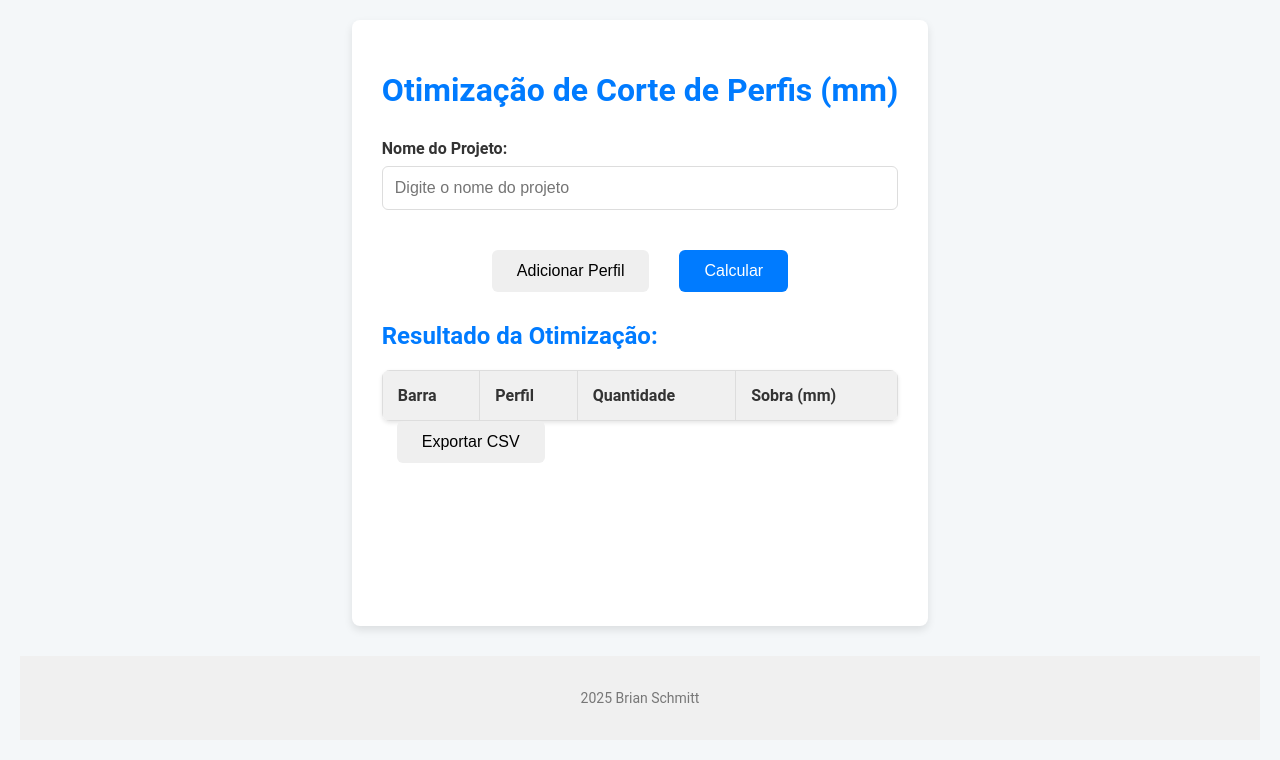
Repository: brianbebop/aqui
Page: index.html
The author's editor kept a copy of each file at every save. The page is drawn from the files as they stood at one save, then again after a run of saves.
The browser window is 1280 px wide. The pictures show the whole page.

Above is the page before, as saved 2025-03-23 16:56:47.

### index.html
<!DOCTYPE html>
<html lang="pt-br">
<head>
    <title>Otimização de Corte de Perfis (mm)</title>
    <meta charset="UTF-8">
    <meta name="viewport" content="width=device-width, initial-scale=1.0">
    <link rel="stylesheet" href="style.css">
</head>
<body>
    <div class="container">
        <h1 class="page-title">Otimização de Corte de Perfis (mm)</h1>
        <div class="project-info">
            <label for="nomeProjeto" class="form-label">Nome do Projeto:</label>
            <input type="text" id="nomeProjeto" class="form-input" placeholder="Digite o nome do projeto">
        </div>
        <div id="perfis" class="perfis-container">
            <!-- Perfis serão adicionados dinamicamente aqui -->
        </div>
        <div class="button-container">
            <button id="adicionarPerfil" class="btn btn-add-perfil">Adicionar Perfil</button>
            <button id="calcular" class="btn btn-calculate">Calcular</button>
        </div>
        <div id="resultado" class="result-container">
            <h2 class="result-title">Resultado da Otimização:</h2>
            <table id="resumoBarras" class="result-table">
                <thead>
                    <tr>
                        <th class="table-header">Barra</th>
                        <th class="table-header">Perfil</th>
                        <th class="table-header">Quantidade</th>
                        <th class="table-header">Sobra (mm)</th>
                    </tr>
                </thead>
                <tbody>
                    <!-- Resultados serão inseridos aqui dinamicamente -->
                </tbody>
            </table>
            <button id="exportarCSV" class="btn btn-export">Exportar CSV</button>
        </div>
    </div>

    <footer class="footer">
        <p>2025 Brian Schmitt</p>
    </footer>

    <script src="script.js"></script>
</body>
</html>

### style.css
:root {
    --primary-color: #007bff;
    --background-color: #f4f4f4;
    --text-color: #333;
    --border-color: #ddd;
}
/* Estilos gerais */
body {
    font-family: 'Roboto', sans-serif;
    margin: 0;
    padding: 20px;
    background-color: #f4f7f9;
    color: #333;
    display: flex;
    flex-direction: column;
    min-height: 100vh;
    margin: 0;
}

.container {
    max-width: 800px;
    margin: 0 auto;
    background-color: white;
    padding: 30px;
    border-radius: 8px;
    box-shadow: 0 4px 8px rgba(0, 0, 0, 0.1);
    flex-grow: 1;
}

.page-title {
    text-align: center;
    color: #007bff;
    margin-bottom: 30px;
}

.project-info {
    margin-bottom: 25px;
}

.form-label {
    display: block;
    margin-bottom: 8px;
    font-weight: 600;
}

.form-input {
    width: 100%;
    padding: 12px;
    border: 1px solid #ddd;
    border-radius: 6px;
    margin-bottom: 15px;
    box-sizing: border-box;
    font-size: 16px;
}

.perfis-container {
    margin-bottom: 25px;
}

.perfil {
    margin-bottom: 15px;
    display: flex;
    align-items: center;
    background-color: #f9f9f9;
    padding: 15px;
    border-radius: 6px;
}

.perfil label {
    margin-right: 15px;
    font-weight: 600;
}

.perfil input {
    flex-grow: 1;
    padding: 12px;
    border: 1px solid #ddd;
    border-radius: 6px;
    font-size: 16px;
}

.button-container {
    display: flex;
    justify-content: center;
    margin-bottom: 30px;
}

.btn {
    padding: 12px 25px;
    border: none;
    border-radius: 6px;
    cursor: pointer;
    margin: 0 15px;
    font-size: 16px;
    transition: background-color 0.3s ease;
}

.btn-calculate {
    background-color: #007bff;
    color: white;
}

.btn-calculate:hover {
    background-color: #0056b3;
}

.result-container {
    margin-top: 30px;
}

.result-title {
    font-size: 24px;
    margin-bottom: 20px;
    color: #007bff;
}

.result-table {
    width: 100%;
    border-collapse: collapse;
    border-radius: 8px;
    overflow: hidden;
    box-shadow: 0 2px 4px rgba(0, 0, 0, 0.1);
}

.table-header,
.result-table td {
    border: 1px solid #ddd;
    padding: 15px;
    text-align: left;
}

.table-header {
    background-color: #f0f0f0;
    font-weight: 600;
}

/* Estilos responsivos */
@media (max-width: 600px) {
    .perfil {
        flex-direction: column;
        align-items: stretch;
    }

    .perfil label {
        margin-right: 0;
        margin-bottom: 8px;
    }

    .button-container {
        flex-direction: column;
        align-items: center;
    }

    .btn {
        margin: 8px 0;
        width: 100%;
    }

    .table-header,
    .result-table td {
        font-size: 14px;
    }
}

.remover-perfil {
    background-color: #e91e63; /* Cor de fundo semelhante ao botão "Calcular" */
    color: white;
    border: none;
    padding: 8px 16px;
    border-radius: 4px;
    cursor: pointer;
    font-size: 14px;
    transition: background-color 0.3s ease;
}

.remover-perfil:hover {
    background-color: #c2185b; /* Cor de fundo mais escura no hover */
}
.footer {
    text-align: center;
    padding: 20px;
    background-color: #f0f0f0;
    margin-top: 30px;
    font-size: 14px;
    color: #777;

}
div:empty,
p:empty {
    display: none;
}

@media (max-width: 1024px) {
    .container {
        max-width: 90%;
        padding: 20px;
    }

    .button-container {
        flex-direction: column;
        align-items: stretch;
    }

    .btn {
        width: 100%;
        margin: 8px 0;
    }
}

### script.js
const perfisDiv = document.getElementById('perfis');
const adicionarPerfilButton = document.getElementById('adicionarPerfil');
const calcularButton = document.getElementById('calcular');
const resultadoDiv = document.getElementById('resultado');
const resumoBarrasTabela = document.getElementById('resumoBarras').getElementsByTagName('tbody')[0];
const nomeProjetoInput = document.getElementById('nomeProjeto');
const exportarCSVButton = document.getElementById('exportarCSV');

let perfis = [];
let contadorPerfil = 0;

function calcularOtimizacao() {
    const tamanhoBarra = 6000;
    const perfisComTamanho = perfis
        .filter(perfil => perfil.input.value !== '' && perfil.quantidade.value !== '')
        .flatMap(perfil =>
            Array.from({ length: parseInt(perfil.quantidade.value) }, () => ({
                id: perfil.id,
                tamanho: parseInt(perfil.input.value)
            }))
        );

    function encontrarMelhorCombinacao(perfisRestantes, espacoLivre) {
        let melhorCombinacao = { perfis: [], sobra: espacoLivre };

        function combinar(combinacaoAtual, sobraAtual, indiceAtual) {
            if (sobraAtual < melhorCombinacao.sobra) {
                melhorCombinacao = { perfis: combinacaoAtual, sobra: sobraAtual };
            }

            if (indiceAtual < perfisRestantes.length) {
                const perfilAtual = perfisRestantes[indiceAtual];
                if (sobraAtual >= perfilAtual.tamanho) {
                    combinar(
                        [...combinacaoAtual, perfilAtual],
                        sobraAtual - perfilAtual.tamanho,
                        indiceAtual + 1
                    );
                }
                combinar(combinacaoAtual, sobraAtual, indiceAtual + 1);
            }
        }

        combinar([], espacoLivre, 0);
        return melhorCombinacao;
    }

    const barras = [];
    let perfisRestantes = [...perfisComTamanho];

    while (perfisRestantes.length > 0) {
        let perfilAtual = perfisRestantes.shift();

        if (perfilAtual.tamanho > tamanhoBarra) {
            let tamanhoRestante = perfilAtual.tamanho;
            while (tamanhoRestante > 0) {
                const tamanhoBarraAtual = Math.min(tamanhoBarra, tamanhoRestante);
                barras.push({ perfis: [{ ...perfilAtual, tamanho: tamanhoBarraAtual }], espacoLivre: tamanhoBarra - tamanhoBarraAtual });
                tamanhoRestante -= tamanhoBarraAtual;
            }
        } else {
            let barraEncontrada = false;
            for (let i = 0; i < barras.length; i++) {
                if (barras[i].espacoLivre >= perfilAtual.tamanho) {
                    barras[i].perfis.push(perfilAtual);
                    barras[i].espacoLivre -= perfilAtual.tamanho;
                    barraEncontrada = true;
                    break;
                }
            }
            if (!barraEncontrada) {
                barras.push({ perfis: [perfilAtual], espacoLivre: tamanhoBarra - perfilAtual.tamanho });
            }
        }
    }

    let otimizacaoContinua = true;
    while (otimizacaoContinua) {
        otimizacaoContinua = false;
        for (let i = 0; i < barras.length; i++) {
            if (barras[i].espacoLivre > 0) {
                const perfisCabiveis = perfisRestantes.filter(perfil => perfil.tamanho <= barras[i].espacoLivre);
                if (perfisCabiveis.length > 0) {
                    const melhorCombinacao = encontrarMelhorCombinacao(perfisCabiveis, barras[i].espacoLivre);
                    if (melhorCombinacao.perfis.length > 0) {
                        barras[i].perfis = [...barras[i].perfis, ...melhorCombinacao.perfis];
                        barras[i].espacoLivre = melhorCombinacao.sobra;
                        perfisRestantes = perfisRestantes.filter(perfil => !melhorCombinacao.perfis.includes(perfil));
                        otimizacaoContinua = true;
                    }
                }
            }
        }
    }

    resumoBarrasTabela.innerHTML = '';
    barras.forEach((barra, index) => {
        const novaLinha = resumoBarrasTabela.insertRow();
        const colunaBarra = novaLinha.insertCell(0);
        const colunaPerfis = novaLinha.insertCell(1);
        const colunaSobra = novaLinha.insertCell(2);

        colunaBarra.textContent = `Barra ${index + 1}`;
        colunaPerfis.textContent = barra.perfis.map(perfil => `${perfil.id} (${perfil.tamanho}mm)`).join(', ');
        colunaSobra.textContent = `${barra.espacoLivre} mm`;
    });
}

adicionarPerfilButton.addEventListener('click', () => {
    const perfilId = String.fromCharCode(65 + contadorPerfil);
    const perfilDiv = document.createElement('div');
    perfilDiv.classList.add('perfil');
    perfilDiv.innerHTML = `
        <label for="perfil-${perfilId}">Perfil ${perfilId} (mm):</label>
        <input type="number" id="perfil-${perfilId}" placeholder="Tamanho (mm)">
        <input type="number" id="quantidade-${perfilId}" placeholder="Quantidade" min="1" value="1">
        <button class="remover-perfil">Remover</button>
    `;
    perfisDiv.appendChild(perfilDiv);
    perfis.push({ id: perfilId, input: perfilDiv.querySelector('input[type=number]'), quantidade: perfilDiv.querySelector('input[id^=quantidade]') });
    contadorPerfil++;

    const removerButton = perfilDiv.querySelector('.remover-perfil');
    removerButton.addEventListener('click', () => {
        perfis = perfis.filter(perfil => perfil.id !== perfilId);
        perfilDiv.remove();
        calcularOtimizacao();
    });
});

calcularButton.addEventListener('click', () => {
    calcularOtimizacao();
});

exportarCSVButton.addEventListener('click', () => {
    const nomeProjeto = nomeProjetoInput.value || 'Otimizacao_Corte_Perfis';
    const nomeArquivo = `${nomeProjeto}.csv`;

    let csvContent = 'Barra,Perfis,Sobra (mm)\r\n'; // Cabeçalho CSV
    const linhasTabela = resumoBarrasTabela.rows;
    for (let i = 0; i < linhasTabela.length; i++) {
        const linha = linhasTabela[i];
        const colunas = linha.cells;
        const linhaCSV = `${colunas[0].textContent},"${colunas[1].textContent}",${colunas[2].textContent}\r\n`;
        csvContent += linhaCSV;
    }

    const blob = new Blob([csvContent], { type: 'text/csv;charset=utf-8;' });
    const link = document.createElement('a');
    if (navigator.msSaveBlob) { // IE 10+
        navigator.msSaveBlob(blob, nomeArquivo);
    } else {
        const url = URL.createObjectURL(blob);
        link.href = url;
        link.setAttribute('download', nomeArquivo);
        link.style.visibility = 'hidden';
        document.body.appendChild(link);
        link.click();
        document.body.removeChild(link);
    }
});

After the next 2 saves:
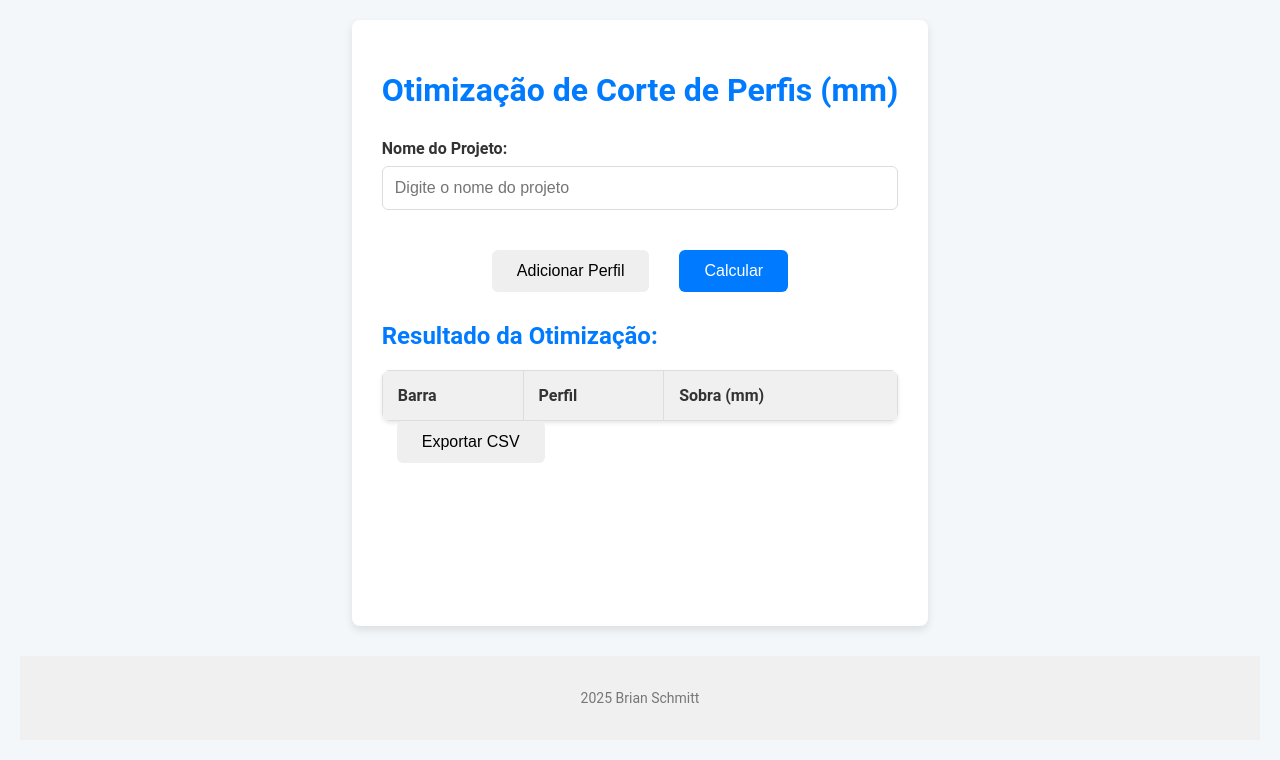
The 2 saves are shown as one change because they came seconds apart.
The last was saved 4 min 0 s later.
--- a/index.html
+++ b/index.html
@@ -27,7 +27,6 @@
                     <tr>
                         <th class="table-header">Barra</th>
                         <th class="table-header">Perfil</th>
-                        <th class="table-header">Quantidade</th>
                         <th class="table-header">Sobra (mm)</th>
                     </tr>
                 </thead>
